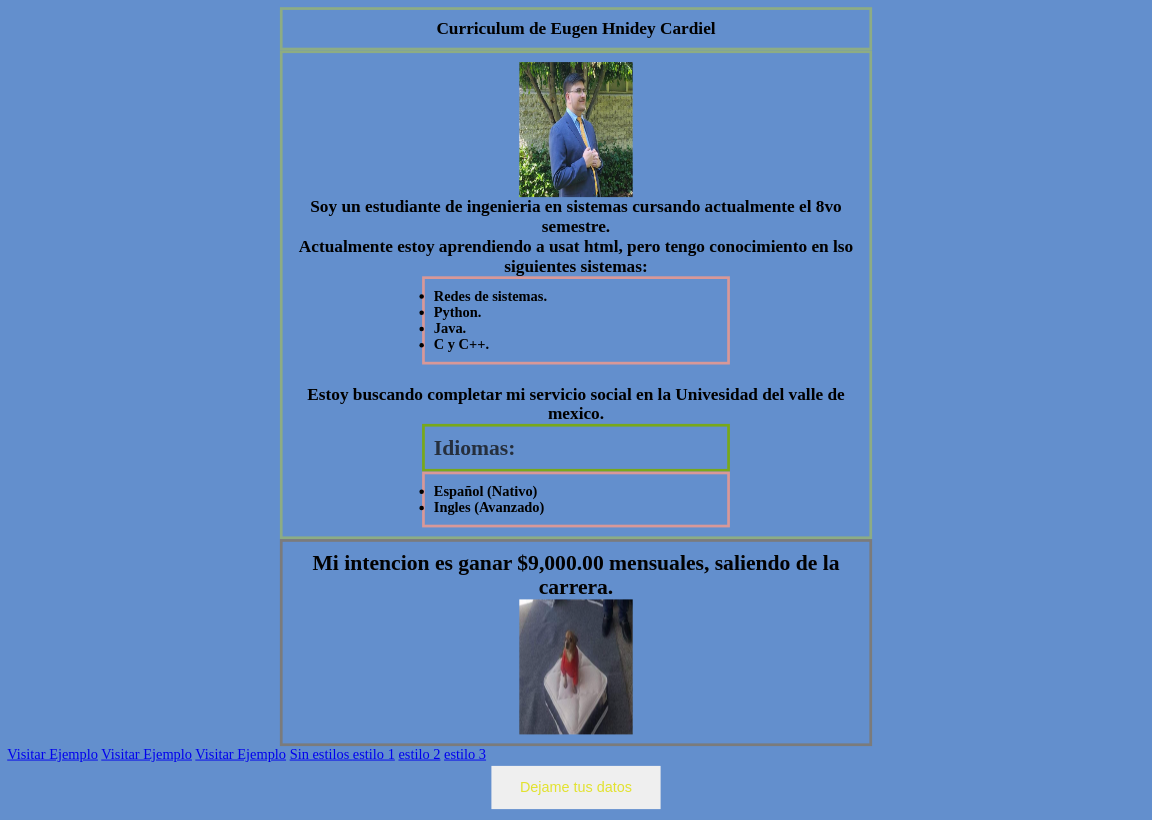
Repository: UVMCoyoacan/VEFY
Page: indexEugen.html
The author's editor kept a copy of each file at every save. The page is drawn from the files as they stood at one save, then again after the next save.
The browser window is 1280 px wide. The pictures show the whole page, at 90% of full size.

Above is the page before, as saved 2024-02-28 21:18:39.
Not found: xEugen.j

After the next save:
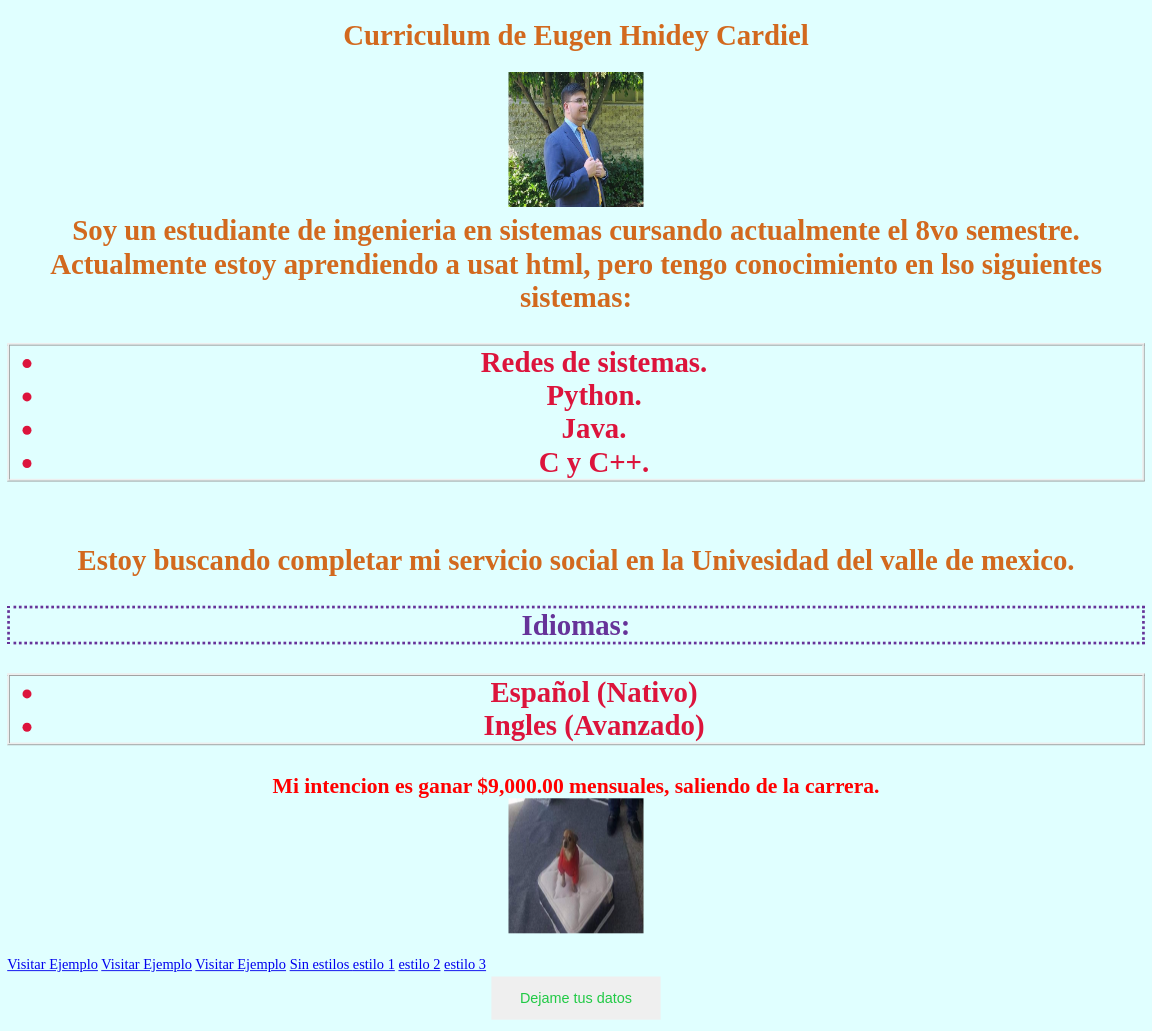
Saved 99 s later.
--- a/indexEugen.html
+++ b/indexEugen.html
@@ -2,7 +2,7 @@
 <html>
     <head>
         <title> Curriculum Eugen Hnidey Cardiel </title>
-        <link rel="stylesheet" href="estilo4.css"/>
+        <link rel="stylesheet" href="estilo2.css"/>
         <meta charset="utf-8" />
 
     </head>
